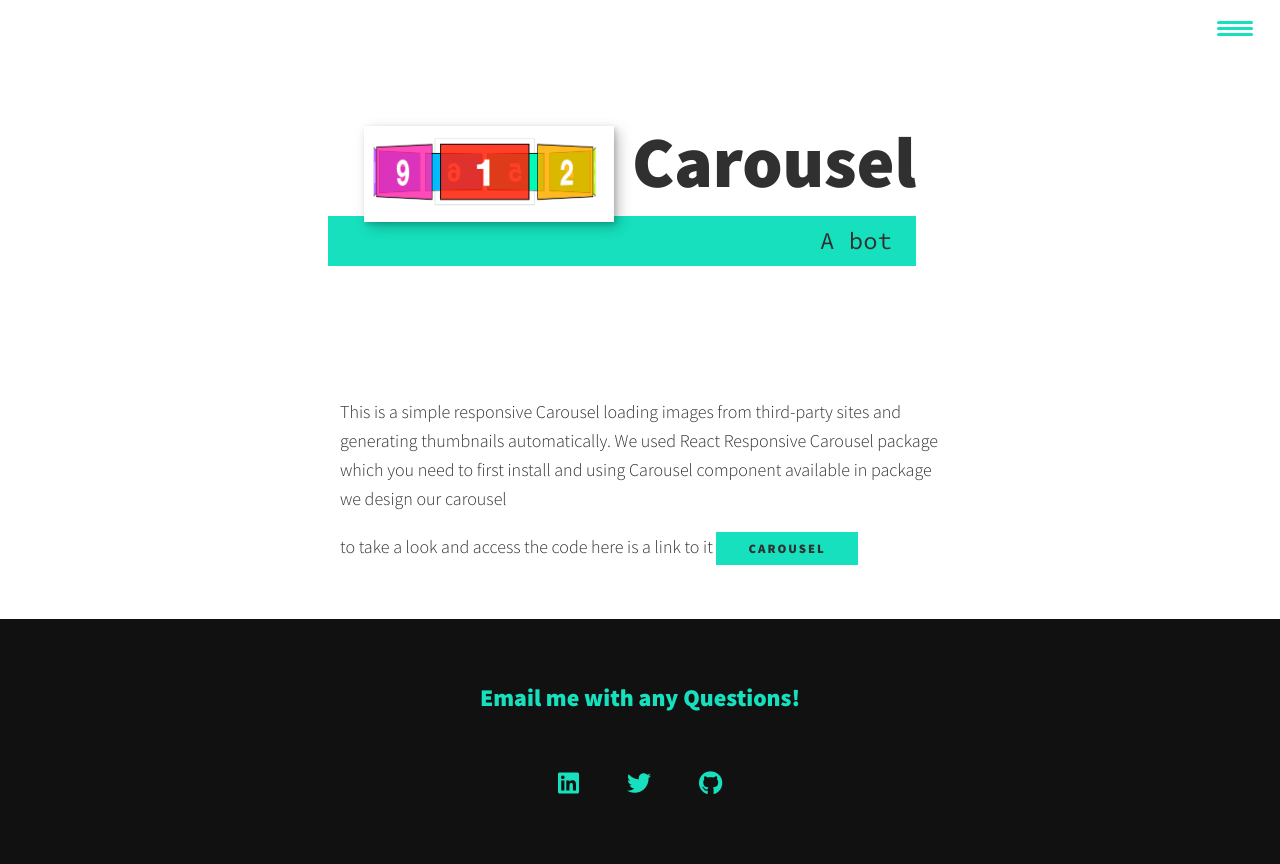
Repository: MadDogFlash/Hello-World
Page: Website/Voting.html
The author's editor kept a copy of each file at every save. The page is drawn from the files as they stood at one save, then again after the next save.
The browser window is 1280 px wide. The pictures show the whole page.
Some web libraries are served in a nearby version.

Above is the page before, as saved 2020-07-06 16:20:22.

### Website/Voting.html
<!DOCTYPE html>
<html lang="en">
    <head><link rel="stylesheet" href="normalize.css">
        <meta charset="UTF-8">
        <meta name="viewport" content="width=device-width, initial-scale=1.0">
        <title>A Portfolio Website</title>
        <link rel="stylesheet" href="https://cdnjs.cloudflare.com/ajax/libs/normalize/7.0.0/normalize.min.css">
        <link rel="stylesheet" href="https://cdnjs.cloudflare.com/ajax/libs/font-awesome/5.11.2/css/all.css" integrity="sha256-46qynGAkLSFpVbEBog43gvNhfrOj+BmwXdxFgVK/Kvc=" crossorigin="anonymous" />

        <!-- Update these with your own fonts -->
        <link href="https://fonts.googleapis.com/css?family=Source+Code+Pro:400,900|Source+Sans+Pro:300,900&display=swap" rel="stylesheet">

        <link rel="stylesheet" href="css/style.css">

    </head>
    <body>
        <header>
            <button class="nav-toggle" aria-label="toggle navigation">
                <span class="hamburger"></span>
            </button>
            <nav class="nav">
                <ul class="nav__list">
                    <li class="nav__item"><a href="index.html" class="nav__link">Home</a></li>
                    <li class="nav__item"><a href="index.html#services" class="nav__link">My Services</a></li>
                    <li class="nav__item"><a href="index.html#about" class="nav__link">About me</a></li>
                    <li class="nav__item"><a href="index.html#work" class="nav__link">My Work</a></li>
                </ul>
            </nav>
        </header>


        <section class="intro">
            <h1 class="section__title section__title--intro">
                <strong>Carousel</strong>
            </h1>
            <p class="section__subtitle section__subtitle--intro">A bot</p>
            <img src="img/carousel-item.jpg" alt="" class="intro__img">
        </section>

        <div class="portfolio-item-individual">
            <p>This is a simple responsive Carousel loading images from third-party sites and generating thumbnails automatically. We used React Responsive Carousel package which you need to first install and using Carousel component available in package we design our carousel</p>

            <p>to take a look and access the code here is a link to it <a href="https://github.com/MadDogFlash/Carousel-" class="btn">Carousel</a></p>


        </div>


<!-- Footer -->
<footer class="footer">

    <a href="mailto:racieldiz@gmail.com" class="footer__link">Email me with any Questions!</a>
    <ul class="social-list">
        </li>
        <li class="social-list__item">
            <a class="social-list__link" href="https://www.linkedin.com/in/raciel-diaz/">
                <i class="fab fa-linkedin"></i>
            </a>
        </li>
        <li class="social-list__item">
            <a class="social-list__link" href="https://twitter.com/RacielDiaz510">
                <i class="fab fa-twitter"></i>
            </a>
        </li>
        <li class="social-list__item">
            <a class="social-list__link" href="https://github.com/MadDogFlash">
                <i class="fab fa-github"></i>
            </a>
        </li>
    </ul>
</footer>



        <script src="js/index.js"></script>

    </body>
</html>

### Website/css/style.css
*,
*::before,
*::after {
    box-sizing: border-box;
}

/* Custom Properties, update these for your own design */

:root {
    --ff-primary: 'Source Sans Pro', sans-serif;
    --ff-secondary: 'Source Code Pro', monospace;

    --fw-reg: 300;
    --fw-bold: 900;

    --clr-light: #fff;
    --clr-dark: #303030;
    --clr-accent: #16e0bd;

    --fs-h1: 3rem;
    --fs-h2: 2.25rem;
    --fs-h3: 1.25rem;
    --fs-body: 1rem;

    --bs: 0.25em 0.25em 0.75em rgba(0,0,0,.25),
          0.125em 0.125em 0.25em rgba(0,0,0,.15);
}

@media (min-width: 800px) {
    :root {
        --fs-h1: 4.5rem;
        --fs-h2: 3.75rem;
        --fs-h3: 1.5rem;
        --fs-body: 1.125rem;
    }
}

/* General styles */

/* endable this to add smooth scrolling */
/* html {
    scroll-behavior: smooth;
} */


body {
    background: var(--clr-light);
    color: var(--clr-dark);
    margin: 0;
    font-family: var(--ff-primary);
    font-size: var(--fs-body);
    line-height: 1.6;
}

section {
    padding: 5em 2em;
}

img {
    display: block;
    max-width: 100%;
}

strong { font-weight: var(--fw-bold) }

:focus {
    outline: 3px solid var(--clr-accent);
    outline-offset: 3px;
}

/* Buttons */

.btn {
    display: inline-block;
    padding: .5em 2.5em;
    background: var(--clr-accent);
    color: var(--clr-dark);
    text-decoration: none;
    cursor: pointer;
    font-size: .8rem;
    text-transform: uppercase;
    letter-spacing: 2px;
    font-weight: var(--fw-bold);
    transition: transform 200ms ease-in-out;
}

.btn:hover {
    transform: scale(1.1);
}

/* Typography */

h1,
h2,
h3 {
    line-height: 1;
    margin: 0;
}

h1 { font-size: var(--fs-h1) }
h2 { font-size: var(--fs-h2) }
h3 { font-size: var(--fs-h3) }


.section__title {
    margin-bottom: .25em;
}

.section__title--intro {
    font-weight: var(--fw-reg);
}

.section__title--intro strong {
    display: block;
}

.section__subtitle {
    margin: 0;
    font-size: var(--fs-h3);
}

.section__subtitle--intro,
.section__subtitle--about {
    background: var(--clr-accent);
    padding: .25em 1em;
    font-family: var(--ff-secondary);
    margin-bottom: 1em;
}

.section__subtitle--work {
    color: var(--clr-accent);
    font-weight: var(--fw-bold);
    margin-bottom: 2em;
}

/* header */

header {
    display: flex;
    justify-content: space-between;
    padding: 1em;
}

.logo {
    max-width: 100px;
}

.nav {
    position: fixed;
    background: var(--clr-dark);
    color: var(--clr-light);
    top: 0;
    bottom: 0;
    left: 0;
    right: 0;
    z-index: 100;

    transform: translateX(100%);
    transition: transform 250ms cubic-bezier(.5, 0, .5, 1);
}

.nav__list {
    list-style: none;
    display: flex;
    height: 100%;
    flex-direction: column;
    justify-content: space-evenly;
    align-items: center;
    margin: 0;
    padding: 0;
}

.nav__link {
    color: inherit;
    font-weight: var(--fw-bold);
    font-size: var(--fs-h2);
    text-decoration: none;
}

.nav__link:hover {
    color: var(--clr-accent);
}

.nav-toggle {
    padding: .5em;
    background: transparent;
    border: 0;
    cursor: pointer;
    position: absolute;
    right: 1em;
    top: 1em;
    z-index: 1000;
}

.nav-open .nav {
    transform: translateX(0);
}

.nav-open .nav-toggle {
    position: fixed;
}

.nav-open .hamburger {
    transform: rotate(.625turn);
}

.nav-open .hamburger::before {
    transform: rotate(90deg) translateX(-6px);
}

.nav-open .hamburger::after {
    opacity: 0;
}






.hamburger {
    display: block;
    position: relative;
}

.hamburger,
.hamburger::before,
.hamburger::after {
    background: var(--clr-accent);
    width: 2em;
    height: 3px;
    border-radius: 1em;
    transition: transform 250ms ease-in-out;
}


.hamburger::before,
.hamburger::after {
    content: '';
    position: absolute;
    left: 0;
    right: 0;
}

.hamburger::before { top: 6px; }
.hamburger::after { bottom: 6px; }


/*  Intro section  */

.intro {
    position: relative;
}

.intro__img {
    box-shadow: var(--bs);
}

.section__subtitle--intro {
    display: inline-block;
}

@media (min-width: 600px) {
    .intro {
        display: grid;
        width: min-content;
        margin: 0 auto;
        grid-column-gap: 1em;
        grid-template-areas:
            "img title"
            "img subtitle";
        grid-template-columns: min-content max-content;
    }

    .intro__img {
        grid-area: img;
        min-width: 250px;
        position: relative;
        z-index: 2;
    }

    .section__subtitle--intro {
        align-self: start;
        grid-column: -1 / 1;
        grid-row: 2;
        text-align: right;
        position: relative;
        left: -1.5em;
        width: calc(100% + 1.5em);
    }
}



/*  My services section  */

.my-services {
    background-color: var(--clr-dark);
    background-image: url(../img/services-bg.jpg);
    background-size: cover;
    /* background-blend-mode: multiply; */
    color: var(--clr-light);
    text-align: center;
}

.section__title--services {
    color: var(--clr-accent);
    position: relative;
}

.section__title--services::after {
    content: '';
    display: block;
    width: 2em;
    height: 1px;
    margin: 0.5em auto 1em;
    background: var(--clr-light);
    opacity: 0.25;
}

.services {
    margin-bottom: 4em;
}

.service {
    max-width: 500px;
    margin: 0 auto;
}

@media (min-width: 800px) {
    .services {
        display: flex;
        max-width: 1000px;
        margin-left: auto;
        margin-right: auto;
    }

    .service + .service {
        margin-left: 2em;
    }
}


.about-me {
    max-width: 1000px;
    margin: 0 auto;
}

.about-me__img {
    box-shadow: var(--bs);
}

@media (min-width: 600px) {
    .about-me {
        display: grid;
        grid-template-columns: 1fr 200px;
        grid-template-areas:
            "title img"
            "subtitle img"
            "text img";
        grid-column-gap: 2em;
    }

    .section__title--about {
        grid-area: title;
    }

    .section__subtitle--about {
        grid-column: 1 / -1;
        grid-row: 2;
        position: relative;
        left: -1em;
        width: calc(100% + 2em);
        padding-left: 1em;
        padding-right: calc(200px + 4em);
    }

    .about-me__img {
        grid-area: img;
        position: relative;
        z-index: 2;
    }
}

/* My Work */

.my-work {
    background-color: var(--clr-dark);
    color: var(--clr-light);
    text-align: center;
}

.portfolio {
    display: grid;
    grid-template-columns: repeat(auto-fit, minmax(300px, 1fr));
}

.portfolio__item {
    background: var(--clr-accent);
    overflow: hidden;
}

.portfolio__img {
    transition:
        transform 750ms cubic-bezier(.5, 0, .5, 1),
        opacity 250ms linear;
}

.portfolio__item:focus {
    position: relative;
    z-index: 2;
}

.portfolio__img:hover,
.portfolio__item:focus .portfolio__img {
    transform: scale(1.2);
    opacity: .5;
}


/* footer */

.footer {
    background: #111;
    color: var(--clr-accent);
    text-align: center;
    padding: 2.5em 0;
    font-size: var(--fs-h3);

}

.footer a {
    color: inherit;
    text-decoration: none;
}

.footer__link {
    font-weight: var(--fw-bold);
}

.footer__link:hover,
.social-list__link:hover {
    opacity: .7;
}

.footer__link:hover {
    text-decoration: underline;
}

.social-list {
    list-style: none;
    display: flex;
    justify-content: center;
    margin: 2em 0 0;
    padding: 0;
}

.social-list__item {
    margin: 0 .5em;
}

.social-list__link {
    padding: .5em;
}


/* Individual portfolio item styles */

.portfolio-item-individual {
    padding: 0 2em 2em;
    max-width: 1000px;
    margin: 0 auto;
}

.portfolio-item-individual p {
    max-width: 600px;
    margin-left: auto;
    margin-right: auto;
}

Loaded but not shown: Website/normalize.css (library); Website/js/index.js (common file)

After the next save:
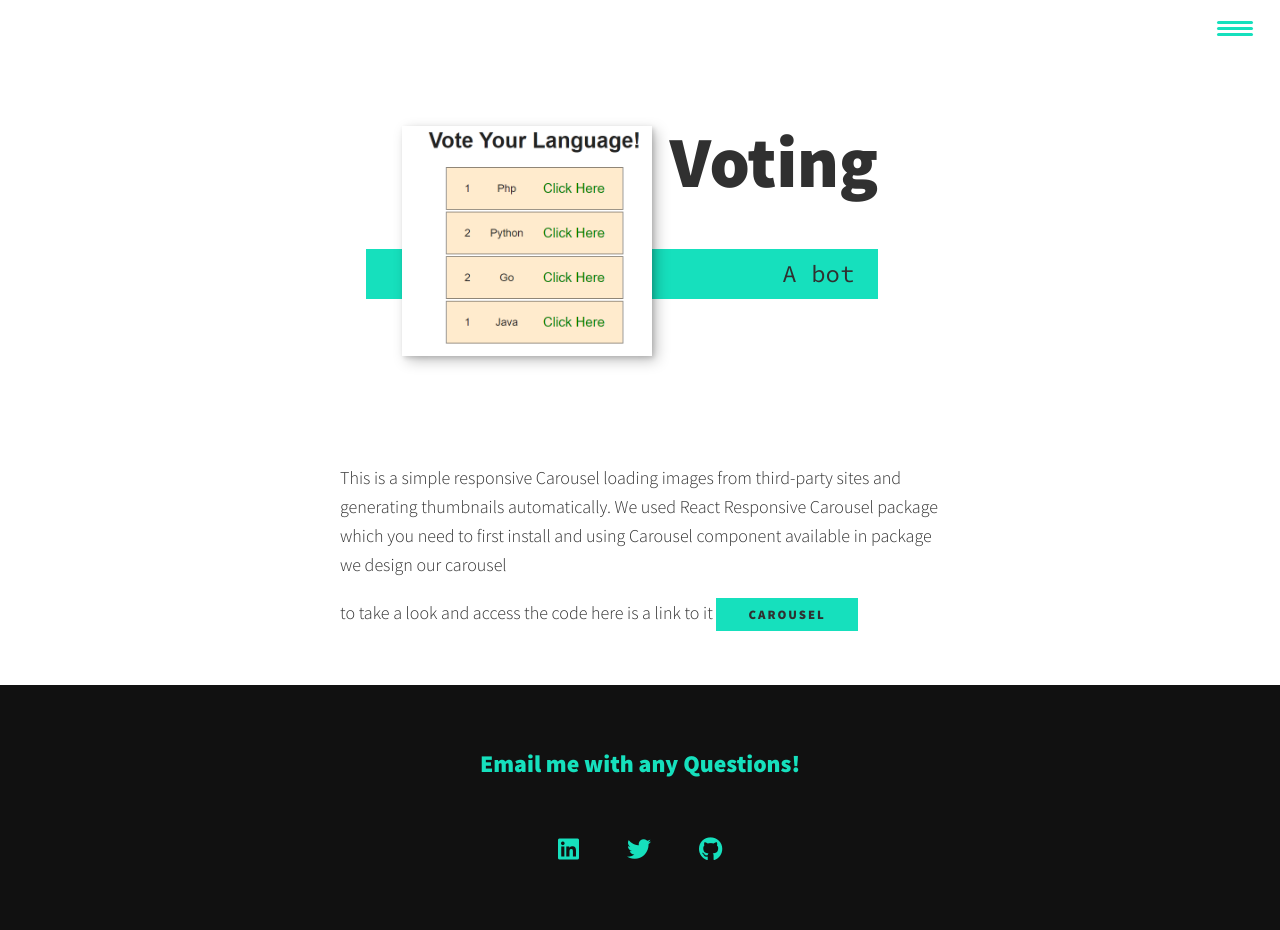
Saved 19 s later.
--- a/Website/Voting.html
+++ b/Website/Voting.html
@@ -31,10 +31,10 @@
 
         <section class="intro">
             <h1 class="section__title section__title--intro">
-                <strong>Carousel</strong>
+                <strong>Voting</strong>
             </h1>
             <p class="section__subtitle section__subtitle--intro">A bot</p>
-            <img src="img/carousel-item.jpg" alt="" class="intro__img">
+            <img src="img/voting.png" alt="" class="intro__img">
         </section>
 
         <div class="portfolio-item-individual">
